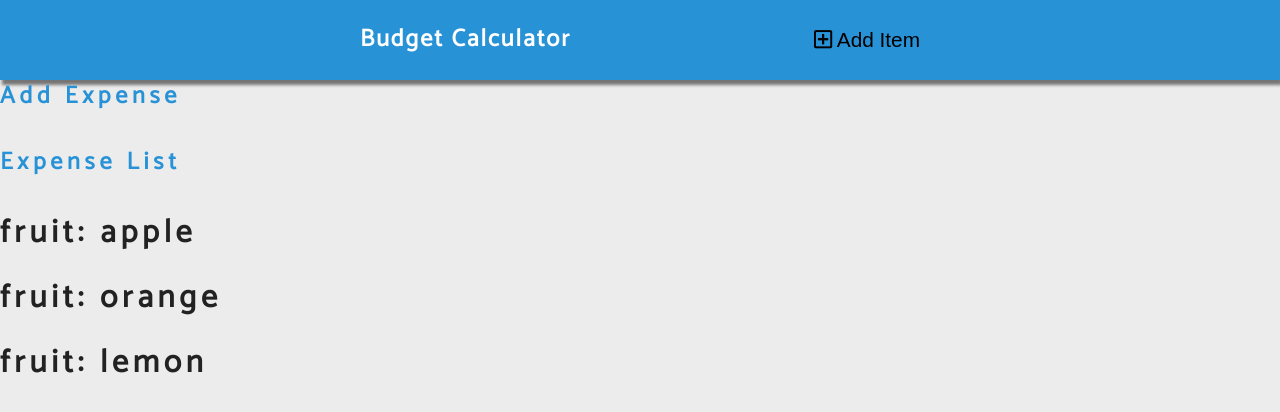
Repository: webdril/budget
Page: /
These files come from the project's save history. The page is drawn as it stood at one moment and after the next save; the edit follows.
The browser window is 1280 px wide. The pictures show the whole page.
The project was rebuilt for these pictures with package versions that can differ from the ones it lists, and the page was loaded fresh each time. Also part of the build but not shown: src/Example.svelte.

Above is the page before, as saved 2020-02-29 02:37:10.

### public/index.html
<!DOCTYPE html>
<html lang="en">
<head>
	<meta charset='utf-8'>
	<meta name='viewport' content='width=device-width,initial-scale=1'>

	<title>Budget Calculator</title>

	<link rel='icon' type='image/png' href='/favicon.png'>
	<link rel='stylesheet' href='/global.css'>
	<link rel='stylesheet' href='/build/bundle.css'>
	<!-- Font Awesome -->
	<link rel="stylesheet" href="fontawesome-free-5.11.2-web/css/all.min.css">

	<script defer src='/build/bundle.js'></script>
</head>

<body>
</body>
</html>

### src/App.svelte
<script>
import Navbar from './Navbar.svelte'
import Title from './Title.svelte'
import Example from './Example.svelte'
let fruits = ['apple', 'orange', 'lemon']
</script>

<!-- CSS/STYLING -->

<Navbar />
<Title title="add expense"/>
<Title title="expense list"/>

{#each fruits as item}
<h1>fruit: {item}</h1>
{/each}

### src/Navbar.svelte
<nav class="nav">
	<div class="nav-center">
		<h1 class="nav-title">Budget Calculator</h1>
		<button type="button" class="nav-btn">
			<i class="far fa-plus-square" />
			Add Item
		</button>
	</div>
</nav>

### src/Title.svelte
<script>
export let title = "default title";

</script>


<div class="main-title">
 <h2>{title}</h2>
</div>

### public/global.css
/*
======
Fonts
======
*/
@import url("https://fonts.googleapis.com/css?family=Catamaran:300,400&display=swap");
/*
======
Variables
======
*/
:root {
  --primaryColor: #2892d7;
  --mainWhite: #fff;
  --offWhite: #f7f7f7;
  --mainBlack: #222;
  --mainGrey: #ececec;
  --darkGrey: #afafaf;
  --mainTransition: all 0.3s linear;
  --mainSpacing: 0.3rem;
  --lightShadow: 2px 5px 3px 0px rgba(0, 0, 0, 0.5);
  --darkShadow: 4px 10px 5px 0px rgba(0, 0, 0, 0.5);
  --mainBorderRadius: 0.25rem;
}
/*
======
Global Styles
======
*/
* {
  margin: 0;
  padding: 0;
  box-sizing: border-box;
}

body {
  font-family: "Catamaran", sans-serif;
  color: var(--mainBlack);
  background: var(--mainGrey);
  line-height: 1.4;
  font-size: 1rem;
  font-weight: 300;
}
h1,
h2,
h3,
h4,
h5,
h6 {
  font-family: "Catamaran", sans-serif;
  margin-bottom: 1.25rem;
  letter-spacing: var(--mainSpacing);
}
p {
  margin-bottom: 1.25rem;
}
ul {
  list-style-type: none;
}
a {
  text-decoration: none;
  color: var(--mainBlack);
}
/*
======
Buttons
======
*/
.btn,
.btn-white,
.btn-primary {
  text-transform: uppercase;
  letter-spacing: var(--mainSpacing);
  color: var(--primaryColor);
  border: 2px solid var(--primaryColor);
  padding: 0.45rem 0.8rem;
  display: inline-block;
  transition: var(--mainTransition);
  cursor: pointer;
  font-size: 0.8rem;
  border-radius: var(--mainBorderRadius);
  background: transparent;
}
.btn:hover {
  background: var(--primaryColor);
  color: var(--mainWhite);
}
.btn-white {
  background: transparent;
  color: var(--primaryColor);
  border-color: var(--primaryColor);
}
.btn-white:hover {
  background: var(--mainWhite);
  color: var(--primaryColor);
}
.btn-primary {
  background: var(--primaryColor);
  color: var(--mainWhite);
  border-color: var(--primaryColor);
}
.btn-primary:hover {
  background: transparent;
  color: var(--primaryColor);
}
.btn-block {
  width: 100%;
  display: block;
  margin: 0 auto;
  box-shadow: var(--lightShadow);
}
.disabled {
  color: var(--darkGrey);
  border-color: var(--darkGrey);
}
.disabled:hover {
  background: transparent;
  color: var(--darkGrey);
  border-color: var(--darkGrey);
}
/*
======
Navbar
======
*/
.nav {
  background: var(--primaryColor);
  height: 5rem;
  display: flex;
  align-items: center;
  box-shadow: var(--lightShadow);
}

.nav-center {
  width: 85%;
  max-width: 35rem;
  margin: 0 auto;
  display: flex;
  justify-content: space-between;
}
.nav-title {
  text-transform: capitalize;
  color: var(--mainWhite);
  margin-bottom: 0;
  letter-spacing: 2px;
}
.nav-btn {
  background: transparent;
  font-size: 1.3rem;
  border: none;
  cursor: pointer;
  text-transform: capitalize;
  transition: var(--mainTransition);
}
.nav-btn:hover {
  color: var(--darkGrey);
}
/*
======
Content
======
*/
.content {
  padding: 3rem 0;
  width: 85vw;
  max-width: 35rem;
  margin: 0 auto;
}

/*
======
Main Title
======
*/
.main-title {
  text-transform: capitalize;
  color: var(--primaryColor);
  margin-bottom: 2rem;
}
/*
======
Single Expense
======
*/
.single-expense {
  display: flex;
  justify-content: space-between;
  text-transform: capitalize;
  align-items: center;
  margin-bottom: 2rem;
  padding: 1.3rem 1rem;
  border-radius: var(--mainBorderRadius);
  background: var(--mainWhite);
  box-shadow: var(--lightShadow);
}
.single-expense h2 {
  margin-bottom: 0;
  font-weight: 300;
}
.single-expense h4 {
  margin-bottom: 0;
  margin-top: 1rem;
  font-weight: 300;
  color: var(--primaryColor);
}

.expense-btn {
  font-size: 1rem;
  background: transparent;
  border: none;
  margin: 0 0.4rem;
  transition: var(--mainTransition);
  cursor: pointer;
}
.expense-btn:hover {
  transform: scale(1.2);
}
.amount-btn {
  font-size: 1.3rem;
  background: transparent;
  border: none;
  cursor: pointer;
  color: var(--primaryColor);
}
.delete-btn {
  color: red;
}
.edit-btn {
  color: green;
}
/*
======
Expense Form
======
*/

.expense-form {
  background: var(--mainWhite);
  padding: 1.25rem 1rem;
  text-transform: capitalize;
  border-radius: var(--mainBorderRadius);
  box-shadow: var(--lightShadow);
}

.form-control label {
  display: block;
}
.form-control input {
  width: 100%;
  border: none;
  border-bottom: 2px solid var(--darkGrey);
  margin-bottom: 1.25rem;
  padding: 0.5rem;
  font-size: 1.2rem;
}
.form-empty {
  text-align: center;
  color: red;
}
.form {
  position: relative;
  margin-bottom: 5rem;
}
.close-btn {
  position: absolute;
  top: 0;
  right: 0;
  font-size: 1.2rem;
  text-transform: capitalize;
  display: flex;
  align-items: center;
  width: 4.2rem;
  justify-content: space-between;
  background: transparent;
  border: none;
  color: red;
  cursor: pointer;
}
/*
======
Modal
======
*/
.modal-container {
  position: fixed;
  top: 0;
  left: 0;
  right: 0;
  bottom: 0;
  background: rgba(0, 0, 0, 0.7);
  z-index: 2;
}
.modal-content {
  background: var(--mainWhite);
  width: 85vw;
  max-width: 35rem;
  margin: 0 auto;
  margin-top: 5rem;
  padding: 3rem;
  border-radius: var(--mainBorderRadius);
  position: relative;
}
.modal-content .expense-form {
  box-shadow: none;
}
.modal-container .form {
  margin-bottom: 0;
}
.modal-container .expense-form {
  padding: 1.25rem 0;
}
.modal-container .form {
  position: static;
}
.modal-container .close-btn {
  top: 2%;
  right: 3%;
}
/*
======
Github Users
======
*/

.user {
  margin: 2rem 0;
  box-shadow: var(--lightShadow);
  display: grid;
  grid-template-columns: auto 1fr;
  border-radius: var(--mainBorderRadius);
  grid-column-gap: 2rem;
  background: var(--mainWhite);
}
.user img {
  width: 6rem;
  border-top-left-radius: var(--mainBorderRadius);
  border-bottom-left-radius: var(--mainBorderRadius);
}
.user-info {
  padding-top: 0.75rem;
}
.user-info h3 {
  margin-bottom: 0.75rem;
}

Loaded but not shown: src/main.js (common file); public/fontawesome-free-5.11.2-web/css/all.min.css (library)

After the next save:
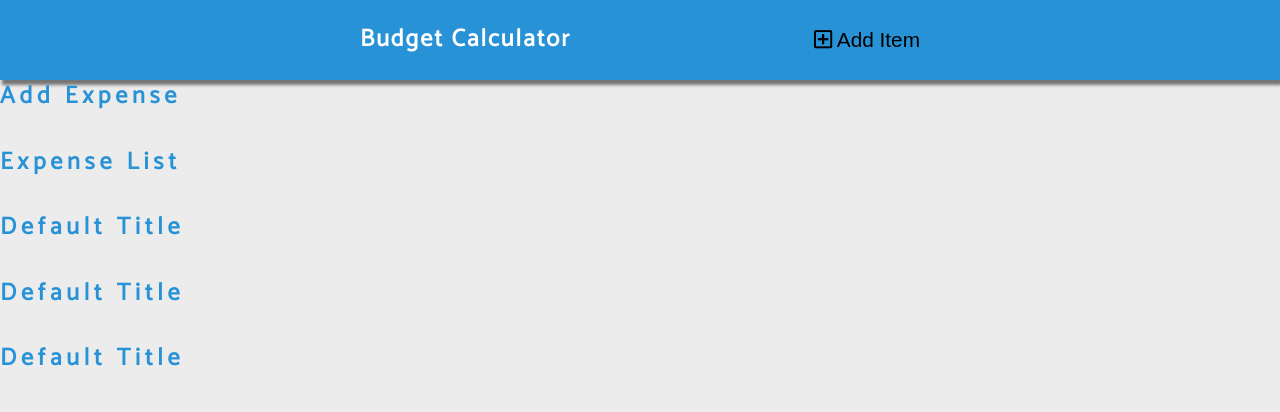
Saved 8 min 25 s later.
--- a/src/App.svelte
+++ b/src/App.svelte
@@ -1,7 +1,6 @@
 <script>
 import Navbar from './Navbar.svelte'
 import Title from './Title.svelte'
-import Example from './Example.svelte'
 let fruits = ['apple', 'orange', 'lemon']
 </script>
 
@@ -12,5 +11,6 @@ let fruits = ['apple', 'orange', 'lemon']
 <Title title="expense list"/>
 
 {#each fruits as item}
-<h1>fruit: {item}</h1>
+
+<Title />
 {/each}
